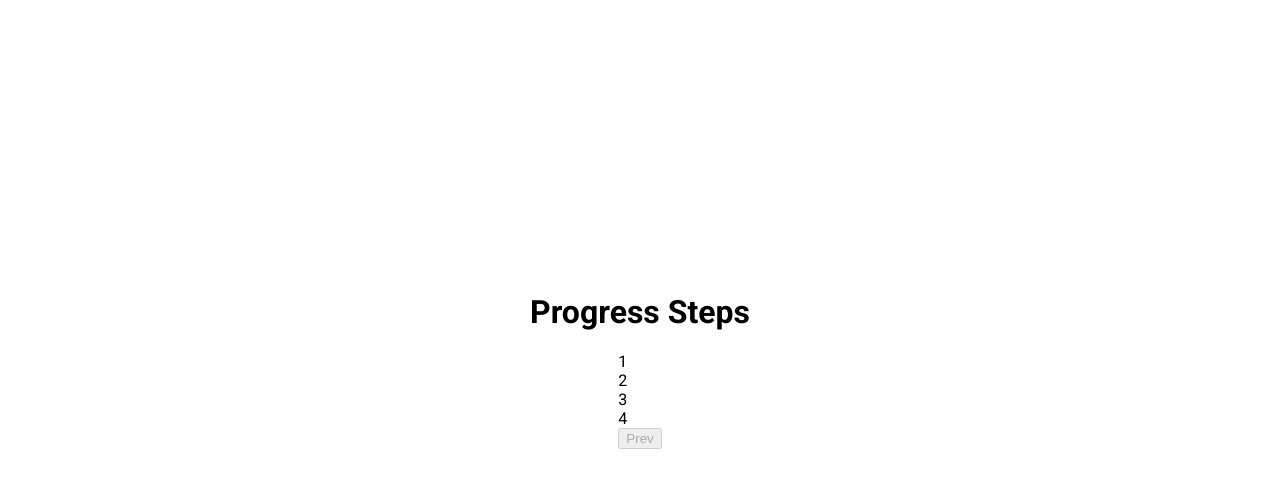
Repository: thecoachanna/progress-step-bar
Page: index.html
These files come from the project's save history. The page is drawn as it stood at one moment and after the next save; the edit follows.
The browser window is 1280 px wide. The pictures show the whole page.
Some web fonts or font styles are not loaded; a fallback is used.

Above is the page before, as saved 2023-02-15 08:09:25.

### index.html
<!DOCTYPE html>
<html lang="en">
<head>
    <meta charset="UTF-8">
    <meta http-equiv="X-UA-Compatible" content="IE=edge">
    <meta name="viewport" content="width=device-width, initial-scale=1.0">
    <link rel="stylesheet" href="style.css">
    <title>Progress Steps</title>
</head>
<body>
    <h1>Progress Steps</h1>

    <div class="container">
        <div class="progress-container">
            <div class="progress" id="progress"></div>
            <div class="circle active">1</div>
            <div class="circle">2</div>
            <div class="circle">3</div>
            <div class="circle">4</div>
        </div>
        <button class="btn" id="prev" disabled>Prev</button>
    </div>


    <script src="script.js"></script>
</body>
</html>

### style.css
@import url('https://fonts.googleapis.com/css2?family=Inter:wght@400;600;700&family=Lato:wght@100&family=Oswald:wght@700&family=Outfit&family=Poiret+One&family=Roboto:wght@400;700&display=swap');


* {
    box-sizing: border-box;
}

body {
    font-family: 'Roboto', sans-serif;
    display: flex;
    flex-direction: column;
    align-items: center;
    justify-content: center;
    height: 100vh;
    overflow: hidden;
    margin: 0;
}

Loaded but not shown: script.js (no copy from this time; the picture is the same without it)

After the next save:
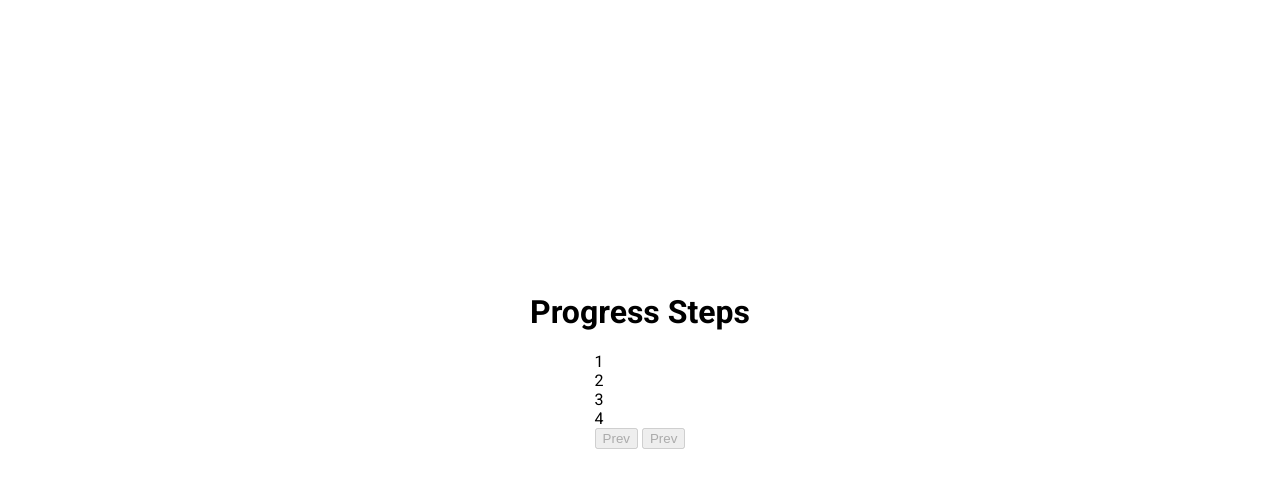
Saved 21 s later.
--- a/index.html
+++ b/index.html
@@ -19,6 +19,7 @@
             <div class="circle">4</div>
         </div>
         <button class="btn" id="prev" disabled>Prev</button>
+        <button class="btn" id="prev" disabled>Prev</button>
     </div>
 
 
